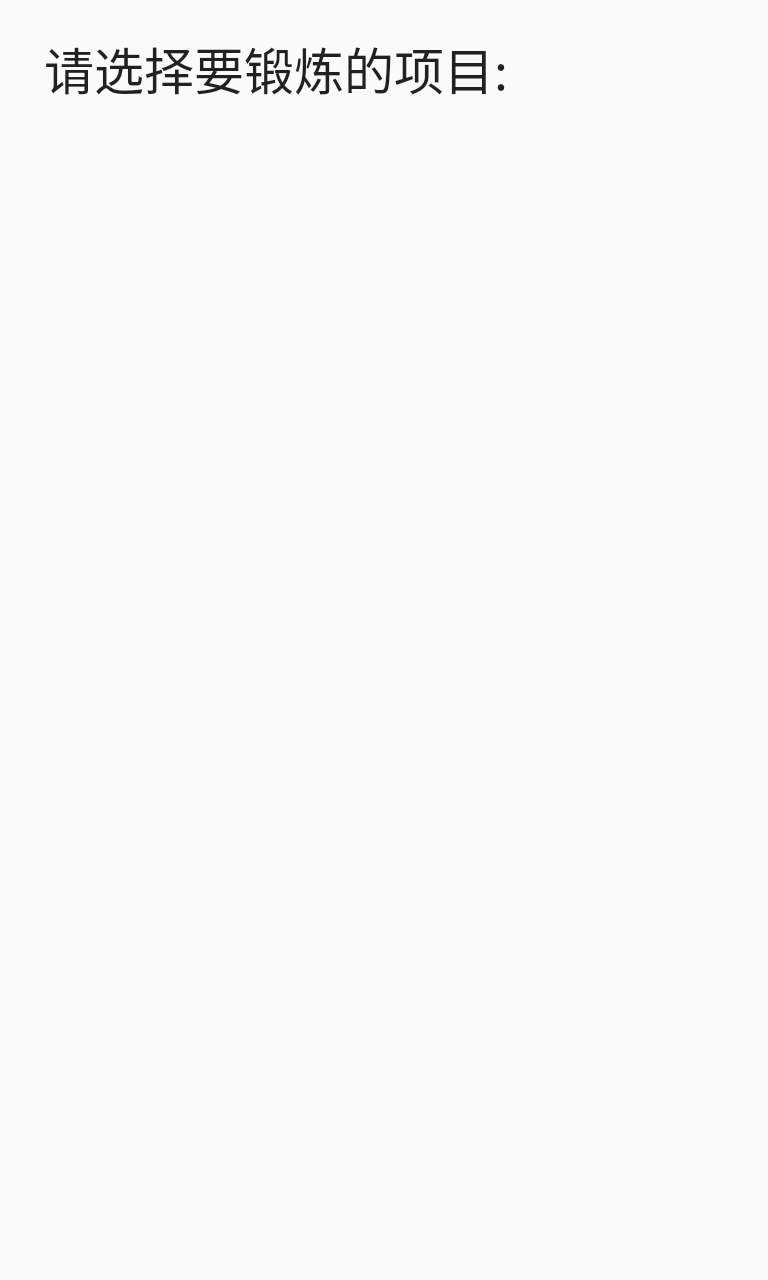
Repository: morning-ding/burning
Layout: test/res/layout/activity_choice.xml
An editor plug-in stored every save of this project. The layout is shown before and after the next save, followed by the edit.
It is drawn on a 768 x 1280 px phone screen (xhdpi) without system bars, with theme AppTheme; the app's code is not run. Lists and similar views that code fills are empty.

Above is the layout before, as saved 2015-04-28 10:51:07.

### test/res/layout/activity_choice.xml
<LinearLayout xmlns:android="http://schemas.android.com/apk/res/android"
    xmlns:tools="http://schemas.android.com/tools"
    android:id="@+id/LinearLayout1"
    android:layout_width="match_parent"
    android:layout_height="match_parent"
    android:orientation="vertical"
    android:paddingBottom="@dimen/activity_vertical_margin"
    android:paddingLeft="@dimen/activity_horizontal_margin"
    android:paddingRight="@dimen/activity_horizontal_margin"
    android:paddingTop="@dimen/activity_vertical_margin"
    tools:context="com.example.test.ChoiceActivity" >

    <TextView
        android:id="@+id/textView1"
        android:layout_width="wrap_content"
        android:layout_height="wrap_content"
        android:text=" 请选择要锻炼的项目:"
        android:textSize="50px"
        android:textAppearance="?android:attr/textAppearanceLarge" />

    <ListView
        android:id="@+id/choice_id"
        android:layout_width="match_parent"
        android:layout_height="261dp"
        android:layout_weight="0.04" >
    </ListView>

</LinearLayout>

Loaded but not shown: test/res/values/styles.xml (common file); test/res/values-v11/styles.xml (common file); test/res/values-v14/styles.xml (common file); test/res/values/dimens.xml (common file); test/res/values-w820dp/dimens.xml (common file)

After the next save:
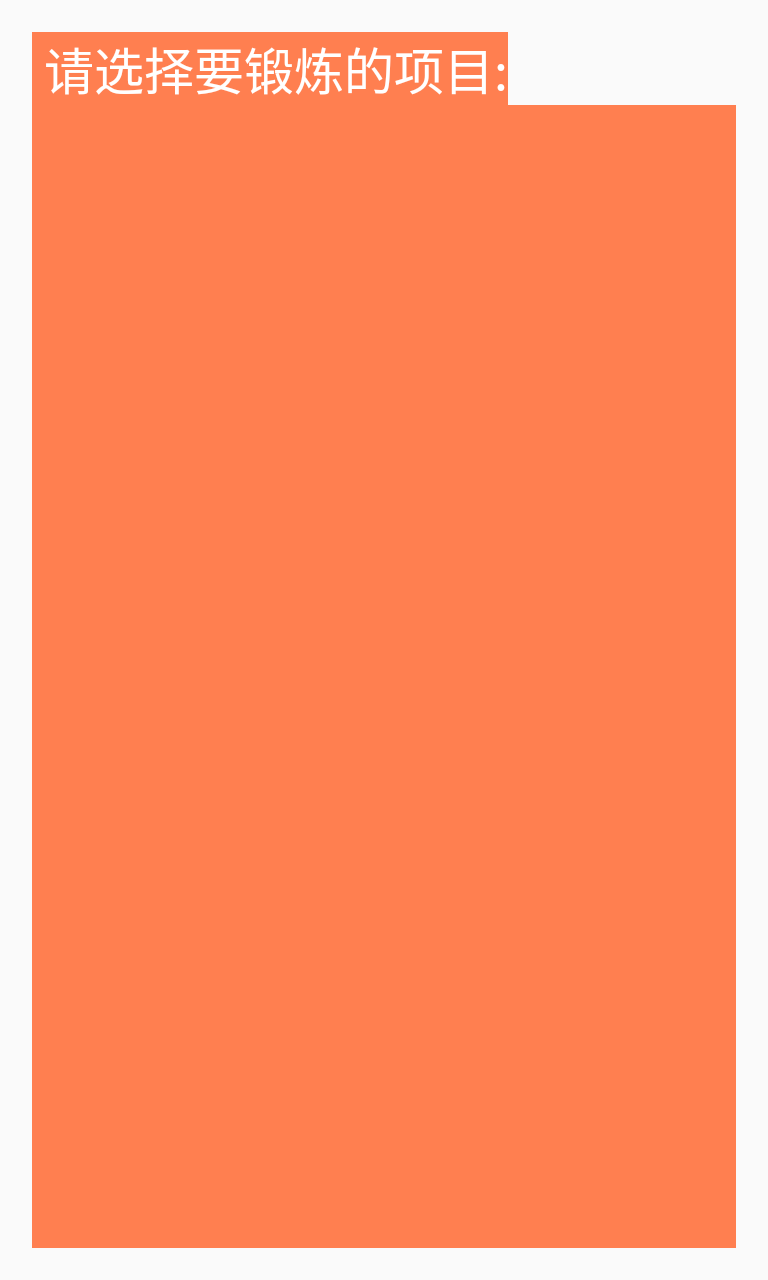
Saved 40 s later.
--- a/test/res/layout/activity_choice.xml
+++ b/test/res/layout/activity_choice.xml
@@ -15,12 +15,16 @@
         android:layout_width="wrap_content"
         android:layout_height="wrap_content"
         android:text=" 请选择要锻炼的项目:"
+        android:background="#ff7f50"
+        android:textColor="#ffffff"
         android:textSize="50px"
         android:textAppearance="?android:attr/textAppearanceLarge" />
 
     <ListView
         android:id="@+id/choice_id"
         android:layout_width="match_parent"
+        android:background="#ff7f50"
+        android:textColor="#ffffff"
         android:layout_height="261dp"
         android:layout_weight="0.04" >
     </ListView>

After the save that followed:
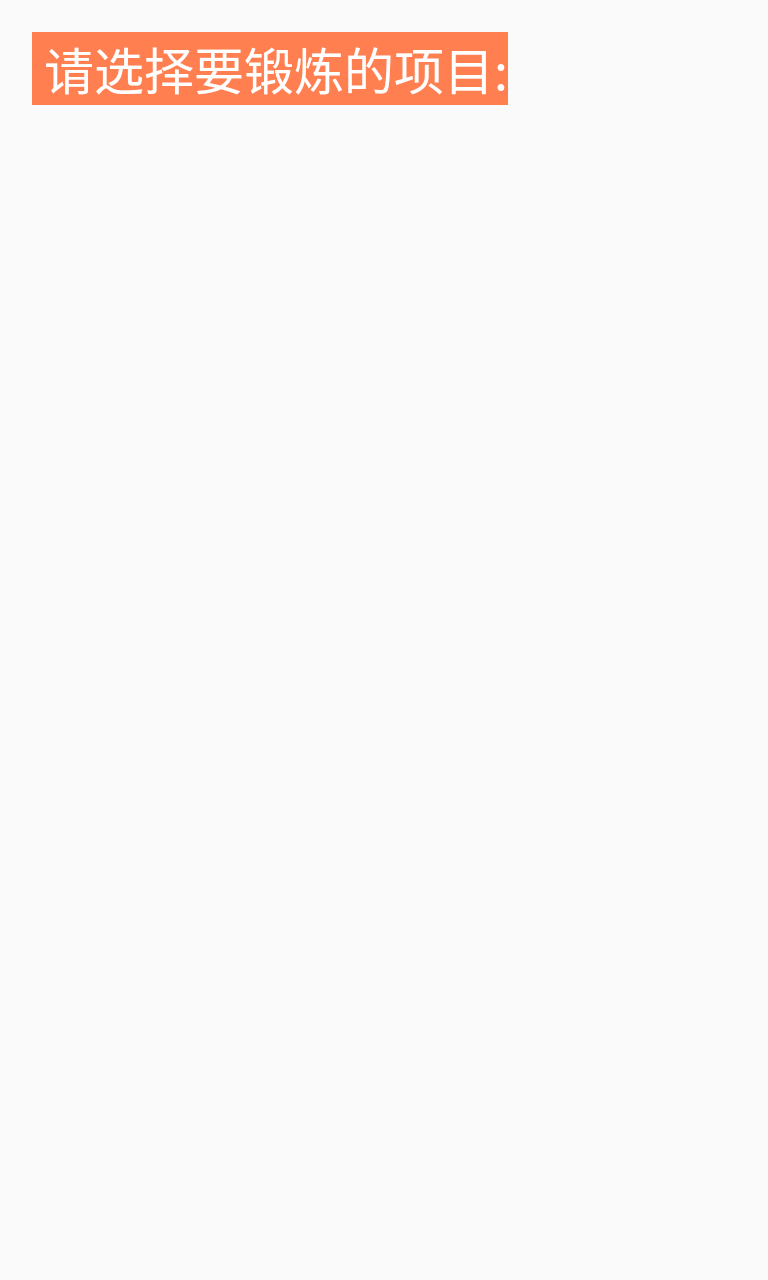
Saved 5 min 45 s later.
--- a/test/res/layout/activity_choice.xml
+++ b/test/res/layout/activity_choice.xml
@@ -23,8 +23,6 @@
     <ListView
         android:id="@+id/choice_id"
         android:layout_width="match_parent"
-        android:background="#ff7f50"
-        android:textColor="#ffffff"
         android:layout_height="261dp"
         android:layout_weight="0.04" >
     </ListView>
